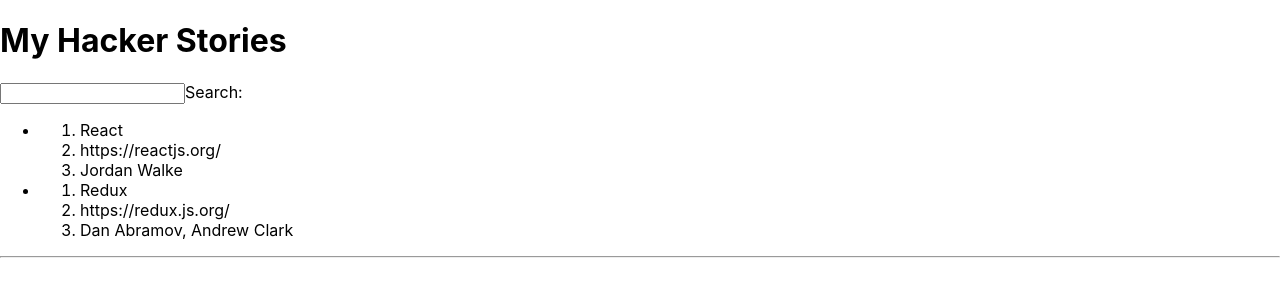
Repository: m-ahmadshaikh/FullStackProjects
Page: / (app in 03-react/hacker-stories/)
An editor plug-in stored every save of this project. The page is shown before and after a run of saves, followed by the edit.
The browser window is 1280 px wide. The pictures show the whole page.
The project was rebuilt for these pictures with package versions that can differ from the ones it lists, and the page was loaded fresh each time. Also part of the build but not shown: 03-react/hacker-stories/src/App.css.

Above is the page before, as saved 2022-08-24 09:42:24.

### 03-react/hacker-stories/src/index.js
import React from 'react';
import ReactDOM from 'react-dom/client';
import './index.css';
import App from './App';
import reportWebVitals from './reportWebVitals';

const root = ReactDOM.createRoot(document.getElementById('root'));
root.render(
  // eslint-disable-next-line react/jsx-filename-extension
  <React.StrictMode>
    <App />
  </React.StrictMode>,
);

// If you want to start measuring performance in your app, pass a function
// to log results (for example: reportWebVitals(console.log))
// or send to an analytics endpoint. Learn more: https://bit.ly/CRA-vitals
reportWebVitals();

### 03-react/hacker-stories/src/App.jsx
import './App.css';

// const title = 'React';

// eslint-disable-next-line no-unused-vars
const list = [
  {
    title: 'React',
    url: 'https://reactjs.org/',
    author: 'Jordan Walke',
    num_comments: 3,
    points: 4,
    objectID: 0,
  },
  {
    title: 'Redux',
    url: 'https://redux.js.org/',
    author: 'Dan Abramov, Andrew Clark',
    num_comments: 2,
    points: 5,
    objectID: 1,
  },
];
const newN = list.map((item) => (
  <li key={item.objectID}>
    <ol>
      <li>{item.title}</li>
      <li>{item.url}</li>
      <li>{item.author}</li>
    </ol>
  </li>
));
function App() {
  return (
    <div>
      <h1>
        My Hacker Stories
      </h1>
      <label htmlFor="search">
        <input id="search" type="text" />
        Search:
        {' '}
      </label>
      <ul>
        {newN}
      </ul>
      <hr />
    </div>
  );
}

export default App;

Loaded but not shown: 03-react/hacker-stories/public/index.html (common file); 03-react/hacker-stories/src/index.css (common file); 03-react/hacker-stories/src/reportWebVitals.js (common file)

After the next 2 saves:
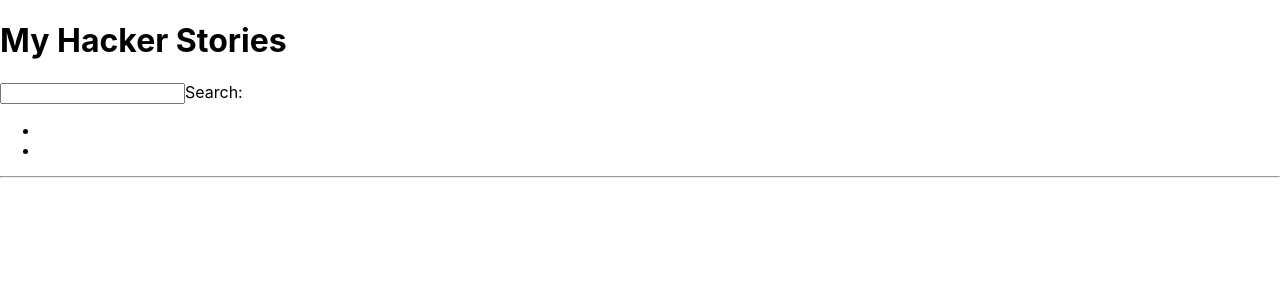
The 2 saves are shown as one change because they came seconds apart.
The last was saved 24 s later.
--- a/03-react/hacker-stories/src/App.jsx
+++ b/03-react/hacker-stories/src/App.jsx
@@ -22,13 +22,7 @@
   },
 ];
 const newN = list.map((item) => (
-  <li key={item.objectID}>
-    <ol>
-      <li>{item.title}</li>
-      <li>{item.url}</li>
-      <li>{item.author}</li>
-    </ol>
-  </li>
+  <li></li>
 ));
 function App() {
   return (
